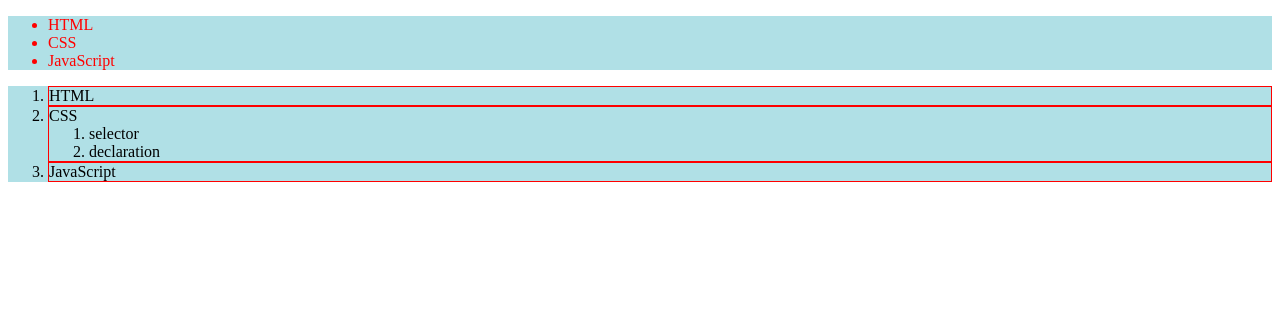
Repository: PareutPareut/frontend
Page: markDowns/htmlCssStudy/exRUN.html
An editor plug-in stored every save of this project. The page is shown before and after the next save, followed by the edit.
The browser window is 1280 px wide. The pictures show the whole page.

Above is the page before, as saved 2023-11-30 15:22:19.

After the next save:
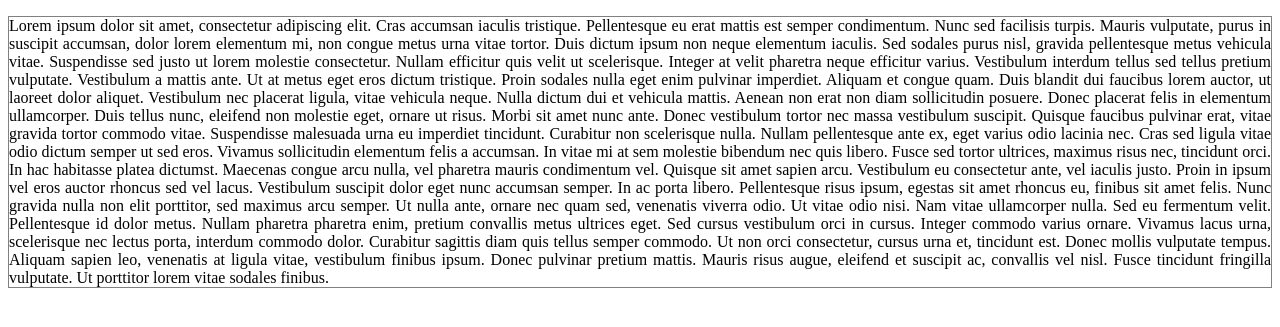
Saved 83 min 34 s later.
--- a/markDowns/htmlCssStudy/exRUN.html
+++ b/markDowns/htmlCssStudy/exRUN.html
@@ -2,32 +2,23 @@
 <html>
   <head>
     <style>
-      ul li{
-        color:red;
-      }
-      #lecture>li{
-        border:1px solid red;
-      }
-      ul,ol{
-        background-color: powderblue;
+      p{
+        text-align: justify;
+        border:1px solid gray;
       }
     </style>
   </head>
   <body>
-    <ul>
-      <li>HTML</li>
-      <li>CSS</li>
-      <li>JavaScript</li>
-    </ul>
-    <ol id="lecture">
-      <li>HTML</li>
-      <li>CSS
-        <ol>
-          <li>selector</li>
-          <li>declaration</li>
-        </ol>
-      </li>
-      <li>JavaScript</li>
-    </ol>
+    <p>
+      Lorem ipsum dolor sit amet, consectetur adipiscing elit. Cras accumsan iaculis tristique. Pellentesque eu erat mattis est semper condimentum. Nunc sed facilisis turpis. Mauris vulputate, purus in suscipit accumsan, dolor lorem elementum mi, non congue metus urna vitae tortor. Duis dictum ipsum non neque elementum iaculis. Sed sodales purus nisl, gravida pellentesque metus vehicula vitae. Suspendisse sed justo ut lorem molestie consectetur. Nullam efficitur quis velit ut scelerisque. Integer at velit pharetra neque efficitur varius.
+
+Vestibulum interdum tellus sed tellus pretium vulputate. Vestibulum a mattis ante. Ut at metus eget eros dictum tristique. Proin sodales nulla eget enim pulvinar imperdiet. Aliquam et congue quam. Duis blandit dui faucibus lorem auctor, ut laoreet dolor aliquet. Vestibulum nec placerat ligula, vitae vehicula neque. Nulla dictum dui et vehicula mattis. Aenean non erat non diam sollicitudin posuere.
+
+Donec placerat felis in elementum ullamcorper. Duis tellus nunc, eleifend non molestie eget, ornare ut risus. Morbi sit amet nunc ante. Donec vestibulum tortor nec massa vestibulum suscipit. Quisque faucibus pulvinar erat, vitae gravida tortor commodo vitae. Suspendisse malesuada urna eu imperdiet tincidunt. Curabitur non scelerisque nulla. Nullam pellentesque ante ex, eget varius odio lacinia nec. Cras sed ligula vitae odio dictum semper ut sed eros. Vivamus sollicitudin elementum felis a accumsan. In vitae mi at sem molestie bibendum nec quis libero. Fusce sed tortor ultrices, maximus risus nec, tincidunt orci.
+
+In hac habitasse platea dictumst. Maecenas congue arcu nulla, vel pharetra mauris condimentum vel. Quisque sit amet sapien arcu. Vestibulum eu consectetur ante, vel iaculis justo. Proin in ipsum vel eros auctor rhoncus sed vel lacus. Vestibulum suscipit dolor eget nunc accumsan semper. In ac porta libero. Pellentesque risus ipsum, egestas sit amet rhoncus eu, finibus sit amet felis. Nunc gravida nulla non elit porttitor, sed maximus arcu semper. Ut nulla ante, ornare nec quam sed, venenatis viverra odio. Ut vitae odio nisi. Nam vitae ullamcorper nulla. Sed eu fermentum velit. Pellentesque id dolor metus. Nullam pharetra pharetra enim, pretium convallis metus ultrices eget. Sed cursus vestibulum orci in cursus.
+
+Integer commodo varius ornare. Vivamus lacus urna, scelerisque nec lectus porta, interdum commodo dolor. Curabitur sagittis diam quis tellus semper commodo. Ut non orci consectetur, cursus urna et, tincidunt est. Donec mollis vulputate tempus. Aliquam sapien leo, venenatis at ligula vitae, vestibulum finibus ipsum. Donec pulvinar pretium mattis. Mauris risus augue, eleifend et suscipit ac, convallis vel nisl. Fusce tincidunt fringilla vulputate. Ut porttitor lorem vitae sodales finibus.
+    </p>
   </body>
 </html>
